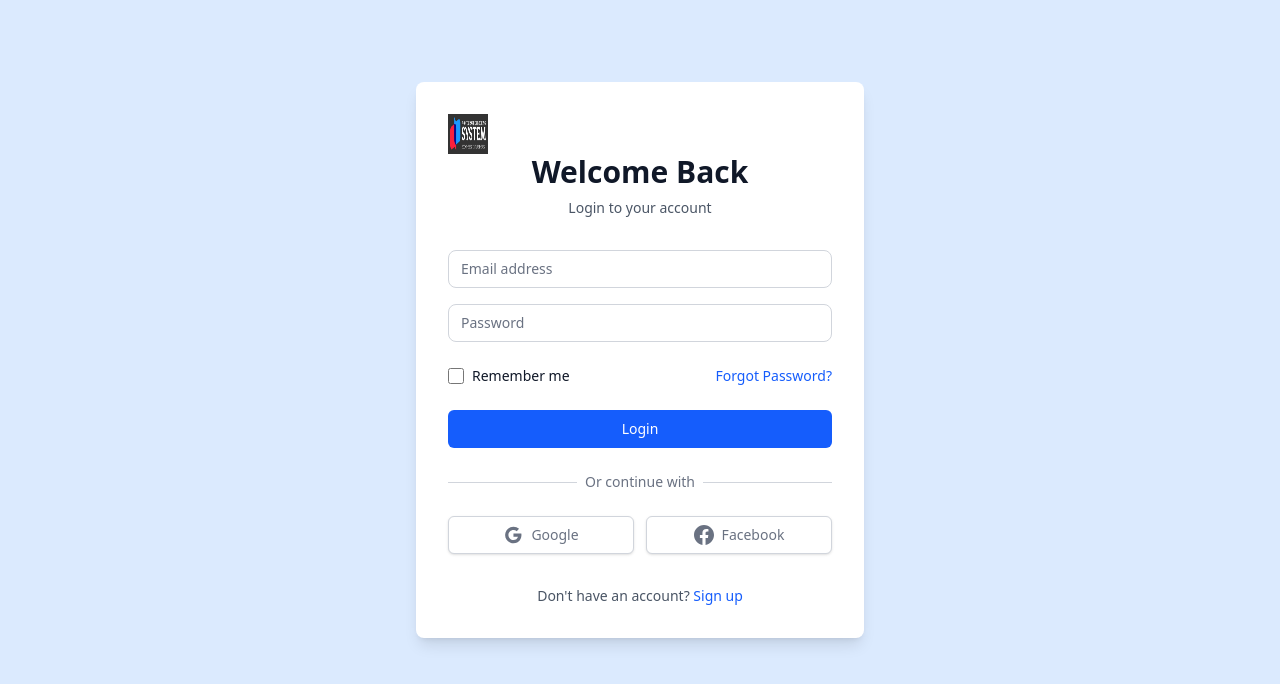
Repository: iamsirajacharya/FYP_Photographer_Booking_system
Page: /login (app in FrontEnd/)
These files come from the project's save history. The page is drawn as it stood at one moment and after the next save; the edit follows.
The browser window is 1280 px wide. The pictures show the whole page.
The project was rebuilt for these pictures with package versions that can differ from the ones it lists, and the page was loaded fresh each time. Also part of the build but not shown: FrontEnd/src/components/Authentication/Register.jsx, FrontEnd/src/components/Dashboard/Banner.jsx, FrontEnd/src/components/Dashboard/Navbar.jsx, FrontEnd/src/components/Dashboard/Home.jsx.

Above is the page before, as saved 2025-02-22 23:17:39.

### FrontEnd/index.html
<!DOCTYPE html>
<html lang="en">
  <head>
    <meta charset="UTF-8" />
    <link rel="icon" type="image/svg+xml" href="/vite.svg" />
    <meta name="viewport" content="width=device-width, initial-scale=1.0" />
    <title>Vite + React</title>
    <link href="/src/index.css" rel="stylesheet" />
  </head>
  <body>
    <div id="root"></div>
    <script type="module" src="/src/main.jsx"></script>
  </body>
</html>

### FrontEnd/src/main.jsx
import React from "react";
import { StrictMode } from "react";
import { createRoot } from "react-dom/client";
import "./index.css";
import App from "./App.jsx";
import { BrowserRouter } from "react-router";

createRoot(document.getElementById("root")).render(
  <BrowserRouter>
    <App />
  </BrowserRouter>
);

### FrontEnd/src/App.jsx
import React from "react";
import { Routes, Route } from "react-router";
import Register from "../src/components/Authentication/Register";
import Home from "../src/components/Dashboard/Home";
import Login from "../src/components/Authentication/Login";

function App() {
  return (
    <Routes>
      <Route path="/" element={<Home />} />
      <Route path="/register" element={<Register />} />
      <Route path="/login" element={<Login />} />
    </Routes>
  );
}

export default App;

### FrontEnd/src/components/Authentication/Login.jsx
import React, { useState } from "react";
import { Link, useNavigate } from "react-router-dom";
import logo from "../../assets/images/logo.jpg";

const Login = () => {
  const navigate = useNavigate();
  const [formData, setFormData] = useState({
    email: "",
    password: "",
    rememberMe: false,
  });
  const [errors, setErrors] = useState({});
  const [isLoading, setIsLoading] = useState(false);

  const validateForm = () => {
    const newErrors = {};

    // Email validation
    if (!formData.email) {
      newErrors.email = "Email is required";
    } else if (!/\S+@\S+\.\S+/.test(formData.email)) {
      newErrors.email = "Please enter a valid email";
    }

    // Password validation
    if (!formData.password) {
      newErrors.password = "Password is required";
    } else if (formData.password.length < 6) {
      newErrors.password = "Password must be at least 6 characters";
    }

    setErrors(newErrors);
    return Object.keys(newErrors).length === 0;
  };

  const handleChange = (e) => {
    const { name, value, type, checked } = e.target;
    setFormData((prev) => ({
      ...prev,
      [name]: type === "checkbox" ? checked : value,
    }));
    // Clear error when user starts typing
    if (errors[name]) {
      setErrors((prev) => ({
        ...prev,
        [name]: "",
      }));
    }
  };

  const handleSubmit = async (e) => {
    e.preventDefault();

    if (!validateForm()) {
      return;
    }

    setIsLoading(true);
    try {
      // Simulate API call
      await new Promise((resolve) => setTimeout(resolve, 1000));

      // Handle successful login
      console.log("Login successful");
      navigate("/dashboard");
    } catch (error) {
      setErrors({
        submit: "Failed to login. Please try again.",
      });
    } finally {
      setIsLoading(false);
    }
  };

  const handleSocialLogin = (provider) => {
    console.log(`Logging in with ${provider}`);
    // Implement social login logic here
  };

  return (
    <div className="min-h-screen flex items-center justify-center bg-blue-100 py-12 px-4 sm:px-6 lg:px-8">
      <div className="max-w-md w-full space-y-8 bg-white p-8 rounded-lg shadow-lg">
        <div className="text-center">
          <img className="h-10 w-10" src={logo} alt="logo" />
          <h2 className="text-3xl font-bold text-gray-900">Welcome Back</h2>
          <p className="mt-2 text-sm text-gray-600">Login to your account</p>
        </div>

        <form className="mt-8 space-y-6" onSubmit={handleSubmit}>
          <div className="space-y-4">
            <div>
              <label htmlFor="email" className="sr-only">
                Email address
              </label>
              <div className="relative">
                <input
                  id="email"
                  name="email"
                  type="email"
                  value={formData.email}
                  onChange={handleChange}
                  className={`appearance-none rounded-lg relative block w-full px-3 py-2 border ${
                    errors.email ? "border-red-500" : "border-gray-300"
                  } placeholder-gray-500 text-gray-900 focus:outline-none focus:ring-blue-500 focus:border-blue-500 focus:z-10 sm:text-sm`}
                  placeholder="Email address"
                />
                {errors.email && (
                  <p className="mt-1 text-xs text-red-500">{errors.email}</p>
                )}
              </div>
            </div>

            <div>
              <label htmlFor="password" className="sr-only">
                Password
              </label>
              <div className="relative">
                <input
                  id="password"
                  name="password"
                  type="password"
                  value={formData.password}
                  onChange={handleChange}
                  className={`appearance-none rounded-lg relative block w-full px-3 py-2 border ${
                    errors.password ? "border-red-500" : "border-gray-300"
                  } placeholder-gray-500 text-gray-900 focus:outline-none focus:ring-blue-500 focus:border-blue-500 focus:z-10 sm:text-sm`}
                  placeholder="Password"
                />
                {errors.password && (
                  <p className="mt-1 text-xs text-red-500">{errors.password}</p>
                )}
              </div>
            </div>
          </div>

          <div className="flex items-center justify-between">
            <div className="flex items-center">
              <input
                id="remember-me"
                name="rememberMe"
                type="checkbox"
                checked={formData.rememberMe}
                onChange={handleChange}
                className="h-4 w-4 text-blue-600 focus:ring-blue-500 border-gray-300 rounded"
              />
              <label
                htmlFor="remember-me"
                className="ml-2 block text-sm text-gray-900"
              >
                Remember me
              </label>
            </div>

            <div className="text-sm">
              <Link
                to="/forgot-password"
                className="font-medium text-blue-600 hover:text-blue-500"
              >
                Forgot Password?
              </Link>
            </div>
          </div>

          {errors.submit && (
            <p className="text-sm text-center text-red-500">{errors.submit}</p>
          )}

          <button
            type="submit"
            disabled={isLoading}
            className="group relative w-full flex justify-center py-2 px-4 border border-transparent text-sm font-medium rounded-md text-white bg-blue-600 hover:bg-blue-700 focus:outline-none focus:ring-2 focus:ring-offset-2 focus:ring-blue-500 disabled:opacity-50"
          >
            {isLoading ? (
              <span className="flex items-center">
                <svg
                  className="animate-spin -ml-1 mr-3 h-5 w-5 text-white"
                  xmlns="http://www.w3.org/2000/svg"
                  fill="none"
                  viewBox="0 0 24 24"
                >
                  <circle
                    className="opacity-25"
                    cx="12"
                    cy="12"
                    r="10"
                    stroke="currentColor"
                    strokeWidth="4"
                  ></circle>
                  <path
                    className="opacity-75"
                    fill="currentColor"
                    d="M4 12a8 8 0 018-8V0C5.373 0 0 5.373 0 12h4zm2 5.291A7.962 7.962 0 014 12H0c0 3.042 1.135 5.824 3 7.938l3-2.647z"
                  ></path>
                </svg>
                Loading...
              </span>
            ) : (
              "Login"
            )}
          </button>

          <div className="mt-6">
            <div className="relative">
              <div className="absolute inset-0 flex items-center">
                <div className="w-full border-t border-gray-300"></div>
              </div>
              <div className="relative flex justify-center text-sm">
                <span className="px-2 bg-white text-gray-500">
                  Or continue with
                </span>
              </div>
            </div>

            <div className="mt-6 grid grid-cols-2 gap-3">
              <button
                type="button"
                onClick={() => handleSocialLogin("Google")}
                className="w-full inline-flex justify-center py-2 px-4 border border-gray-300 rounded-md shadow-sm bg-white text-sm font-medium text-gray-500 hover:bg-gray-50"
              >
                <svg className="w-5 h-5" viewBox="0 0 24 24">
                  <path
                    fill="currentColor"
                    d="M12.545,10.239v3.821h5.445c-0.712,2.315-2.647,3.972-5.445,3.972c-3.332,0-6.033-2.701-6.033-6.032s2.701-6.032,6.033-6.032c1.498,0,2.866,0.549,3.921,1.453l2.814-2.814C17.503,2.988,15.139,2,12.545,2C7.021,2,2.543,6.477,2.543,12s4.478,10,10.002,10c8.396,0,10.249-7.85,9.426-11.748L12.545,10.239z"
                  />
                </svg>
                <span className="ml-2">Google</span>
              </button>

              <button
                type="button"
                onClick={() => handleSocialLogin("Facebook")}
                className="w-full inline-flex justify-center py-2 px-4 border border-gray-300 rounded-md shadow-sm bg-white text-sm font-medium text-gray-500 hover:bg-gray-50"
              >
                <svg
                  className="w-5 h-5"
                  fill="currentColor"
                  viewBox="0 0 24 24"
                >
                  <path d="M24 12.073c0-6.627-5.373-12-12-12s-12 5.373-12 12c0 5.99 4.388 10.954 10.125 11.854v-8.385H7.078v-3.47h3.047V9.43c0-3.007 1.792-4.669 4.533-4.669 1.312 0 2.686.235 2.686.235v2.953H15.83c-1.491 0-1.956.925-1.956 1.874v2.25h3.328l-.532 3.47h-2.796v8.385C19.612 23.027 24 18.062 24 12.073z" />
                </svg>
                <span className="ml-2">Facebook</span>
              </button>
            </div>
          </div>
        </form>

        <p className="mt-8 text-center text-sm text-gray-600">
          Don't have an account?{" "}
          <Link
            to="/signup"
            className="font-medium text-blue-600 hover:text-blue-500"
          >
            Sign up
          </Link>
        </p>
      </div>
    </div>
  );
};

export default Login;

Loaded but not shown: FrontEnd/src/index.css (common file)

After the next save:
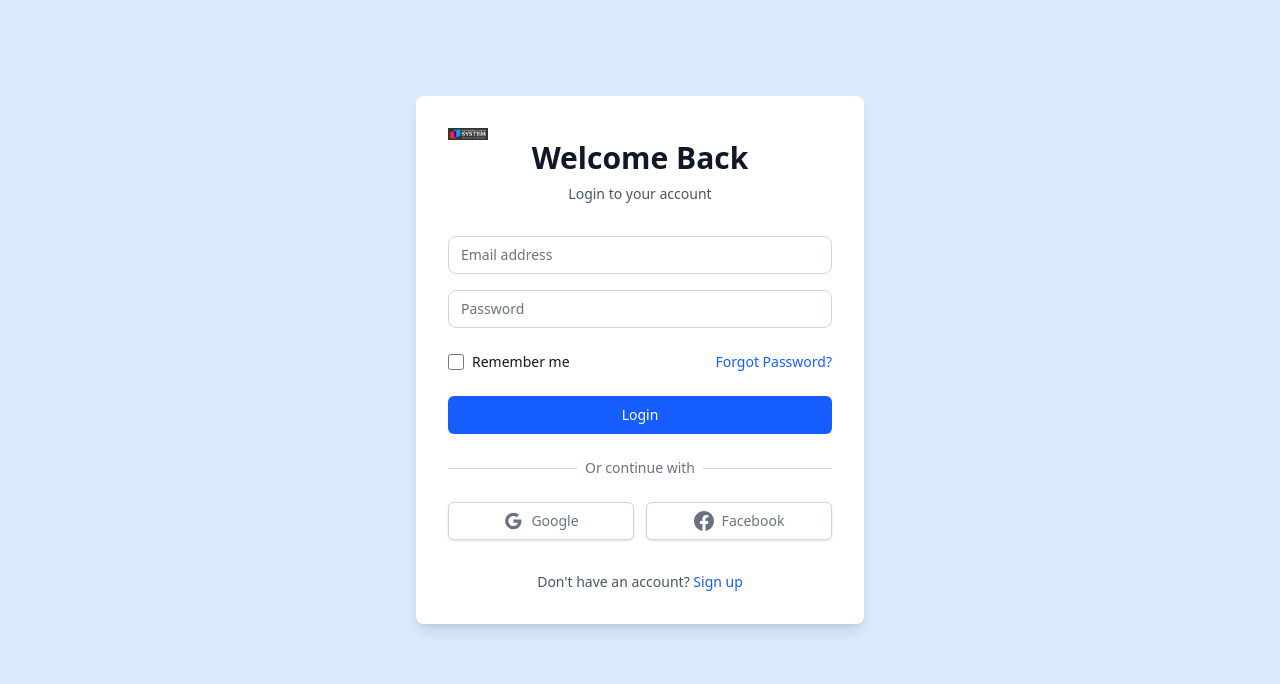
Saved 9 s later.
--- a/FrontEnd/src/components/Authentication/Login.jsx
+++ b/FrontEnd/src/components/Authentication/Login.jsx
@@ -81,7 +81,7 @@
     <div className="min-h-screen flex items-center justify-center bg-blue-100 py-12 px-4 sm:px-6 lg:px-8">
       <div className="max-w-md w-full space-y-8 bg-white p-8 rounded-lg shadow-lg">
         <div className="text-center">
-          <img className="h-10 w-10" src={logo} alt="logo" />
+          <img className="justify-centerh-10 w-10" src={logo} alt="logo" />
           <h2 className="text-3xl font-bold text-gray-900">Welcome Back</h2>
           <p className="mt-2 text-sm text-gray-600">Login to your account</p>
         </div>

After the save that followed:
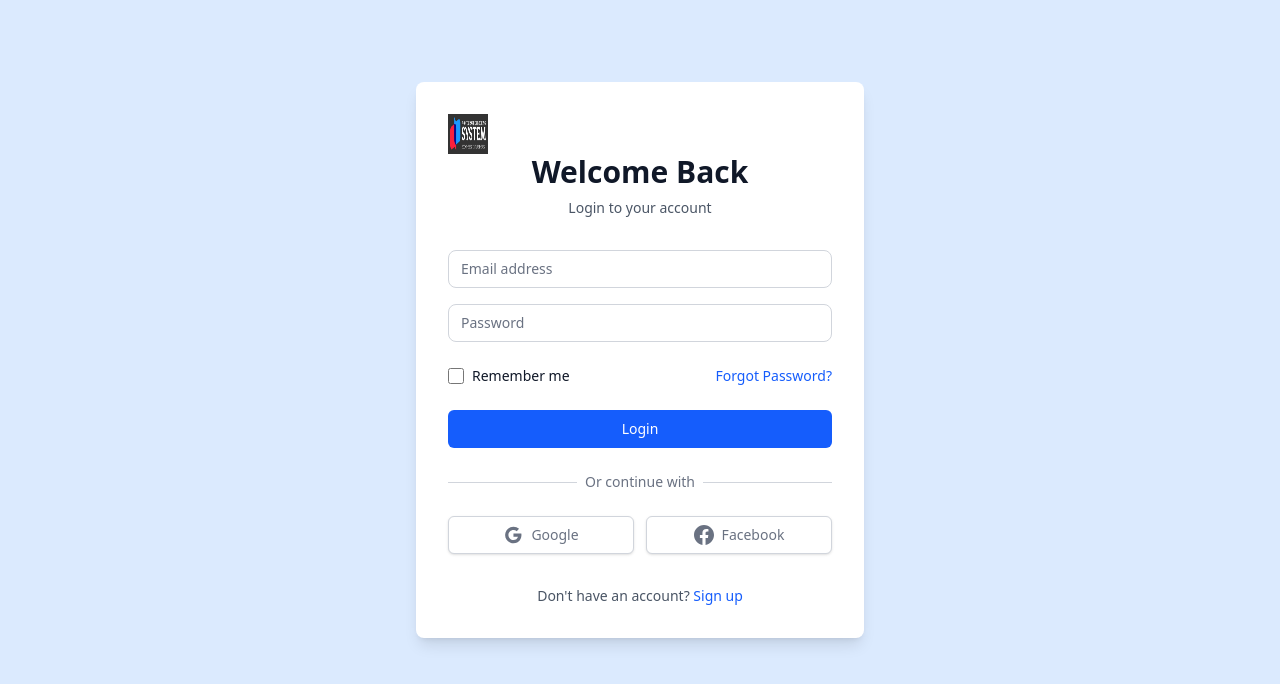
Saved 10 s later.
--- a/FrontEnd/src/components/Authentication/Login.jsx
+++ b/FrontEnd/src/components/Authentication/Login.jsx
@@ -81,7 +81,11 @@
     <div className="min-h-screen flex items-center justify-center bg-blue-100 py-12 px-4 sm:px-6 lg:px-8">
       <div className="max-w-md w-full space-y-8 bg-white p-8 rounded-lg shadow-lg">
         <div className="text-center">
-          <img className="justify-centerh-10 w-10" src={logo} alt="logo" />
+          <img
+            className="justify-center align-center h-10 w-10"
+            src={logo}
+            alt="logo"
+          />
           <h2 className="text-3xl font-bold text-gray-900">Welcome Back</h2>
           <p className="mt-2 text-sm text-gray-600">Login to your account</p>
         </div>
